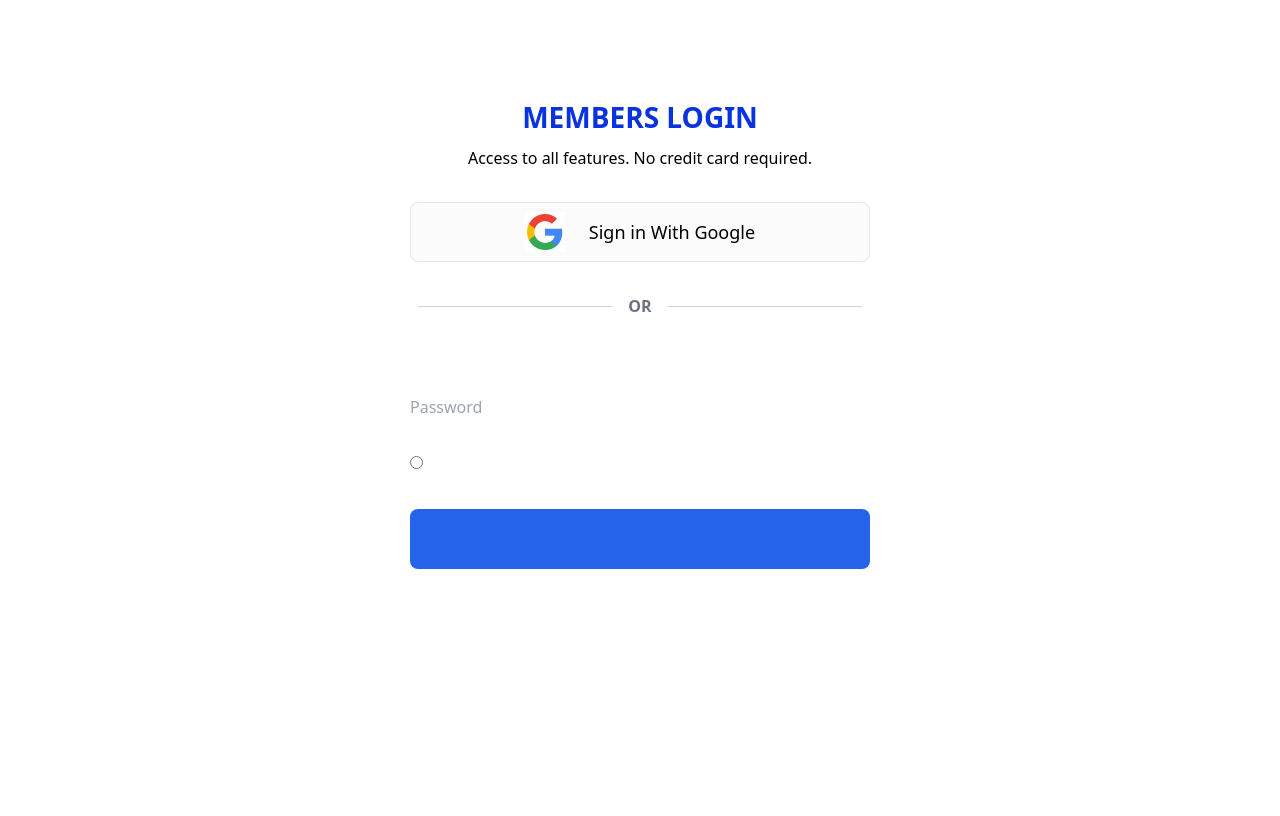
Repository: MaramMaryam/login
Page: login.html
The author's editor kept a copy of each file at every save. The page is drawn from the files as they stood at one save, then again after a run of saves.
The browser window is 1280 px wide. The pictures show the whole page.
Some web libraries are served in a nearby version.

Above is the page before, as saved 2023-06-29 11:41:13.

After the next 3 saves:
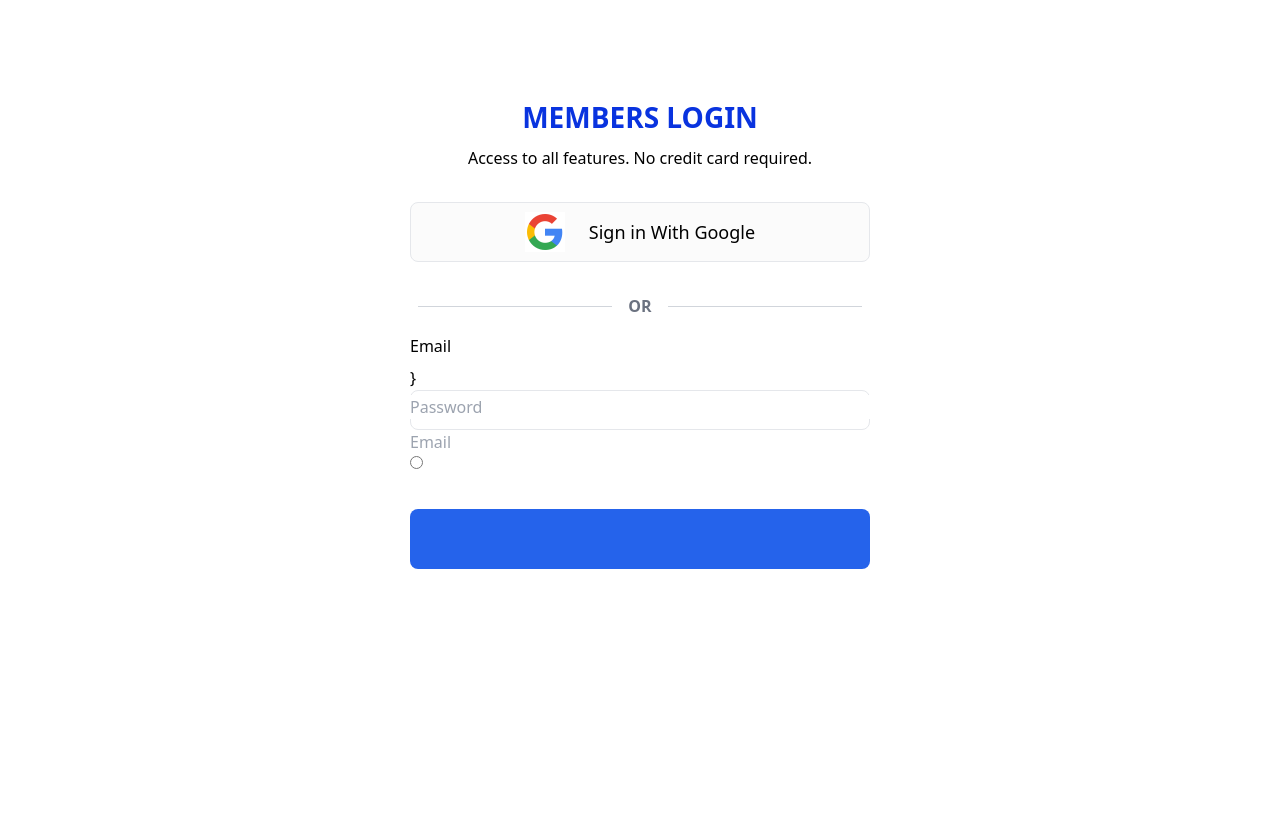
The 3 saves are shown as one change because they came seconds apart.
The last was saved 15 s later.
--- a/login.html
+++ b/login.html
@@ -42,11 +42,18 @@
         </div>
         <form class="w-full">
             <div class="h-[45px] my-4">
-
-
+                <div class="flex flex-col">
+                    <label class="mb-2">Email</label>}
+                    <div
+                        class="flex bg-white items-center border border-alto-main rounded-[8px]"
+                    >
                         <input
                             class="bg-transparent border-none w-full h-full p-2 outline-none"
+
                         />
+                    </div>
+                </div>
+                <input type="email" class="w-full" placeholder="Email">
             </div>
             <div class="h-[45px] my-4">
                 <input type="password" class="w-full" placeholder="Password">
